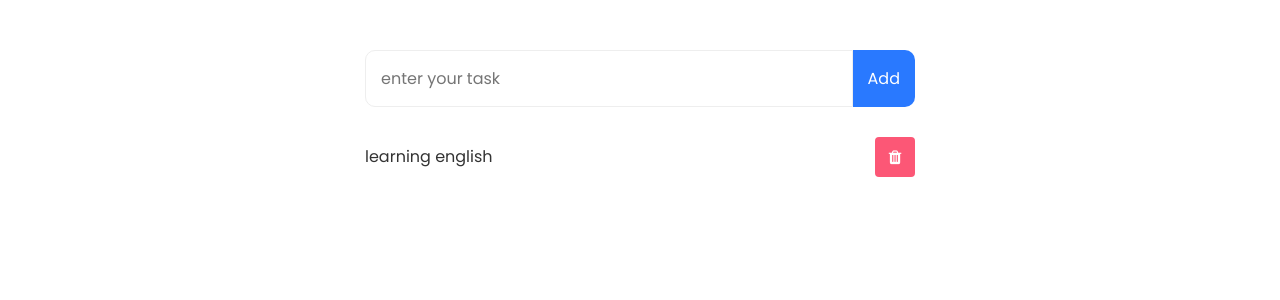
Repository: Kaii-Dev/js-course
Page: BAI-TAP/todolist/index.html
These files come from the project's save history. The page is drawn as it stood at one moment and after the next save; the edit follows.
The browser window is 1280 px wide. The pictures show the whole page.

Above is the page before, as saved 2021-12-22 19:53:48.

After the next save:
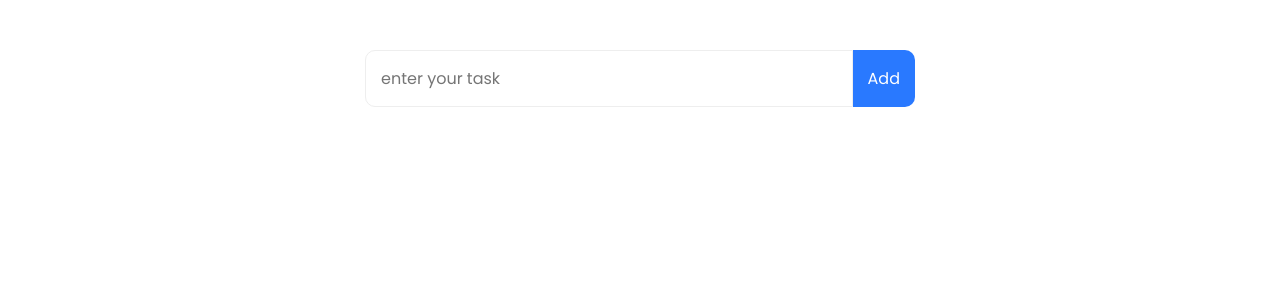
Saved 27 s later.
--- a/BAI-TAP/todolist/index.html
+++ b/BAI-TAP/todolist/index.html
@@ -134,10 +134,10 @@ body {
          <button class="todo-submit">Add</button>
       </div>
       <div class="todo-list">
-         <div class="todo-item">
+         <!-- <div class="todo-item">
             <span class="todo-text">learning english</span>
             <i class="fa fa-trash todo-remove" ></i>
-         </div>
+         </div> -->
       </div>
    </div>
    <script src="./starter.js"></script>
